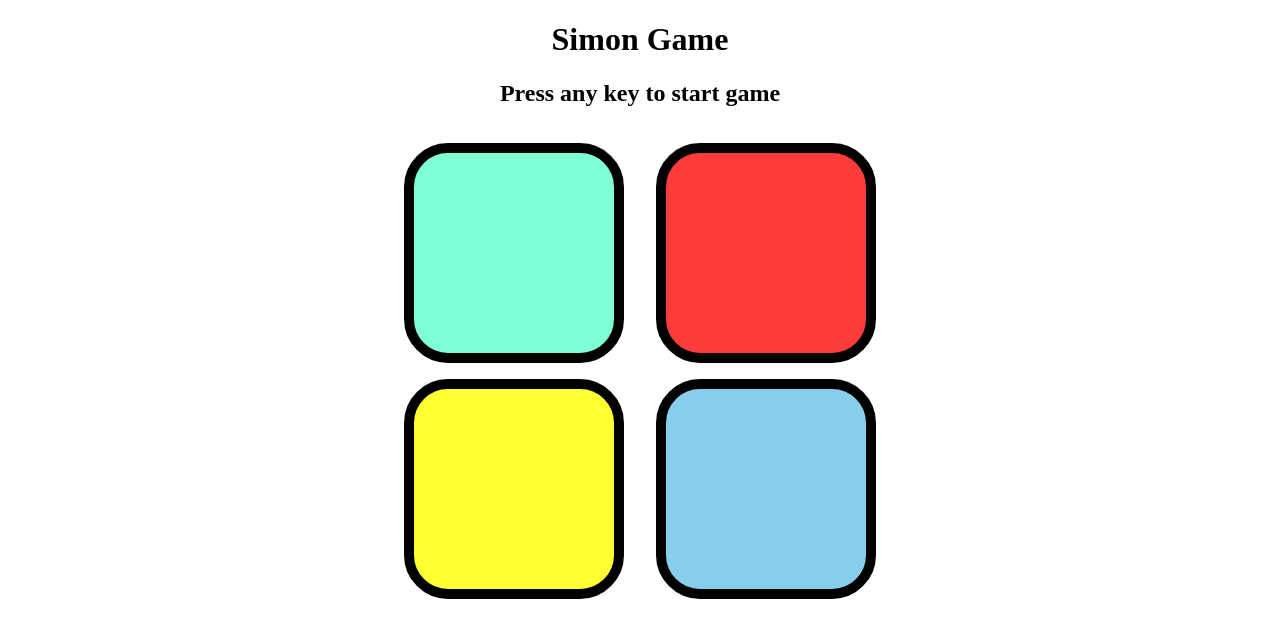
Repository: Ruchii02/javascript-mini-project
Page: index.html
An editor plug-in stored every save of this project. The page is shown before and after the next save, followed by the edit.
The browser window is 1280 px wide. The pictures show the whole page.

Above is the page before, as saved 2024-07-02 09:40:05.

### index.html
<!DOCTYPE html>
<html lang="en">
<head>
    <meta charset="UTF-8">
    <meta name="viewport" content="width=device-width, initial-scale=1.0">
    <title>Document</title>
    <link rel="stylesheet" href="style.css">
</head>
<body>
   <h1>Simon Game</h1>
   <h2>Press any key to start game</h2>
   <div class="btn-container">
    <div class="fline">
        <div class="btn green" type="button"></div>
        <div class="btn yellow" type="button"></div>
    </div>
    <div class="sline">
        <div class="btn red" type="button"></div>
        <div class="btn blue" type="button"></div>
    </div>
   </div>
   <script src="app.js"></script>
</body>
</html>

### style.css
body{
    text-align: center;
}
.btn{
    height: 200px;
    width: 200px;
    border-radius: 20%;
    border: 10px solid black;
    margin: 1rem;

}
.btn-container{
    display: flex;
    justify-content: center;

}
.yellow{
    background-color: rgba(255, 255, 0, 0.806);
}
.red{
    background-color:rgba(255, 0, 0, 0.763);
}
.green{
    background-color: aquamarine;
}
.blue{
    background-color: skyblue;
}

### app.js
let gameSeq=[];
let userSeq=[];
 let start = false;
 let level=0;
let btns =["yellow","green","red" , "blue"];
let h2= document.querySelector("h2");

 document.addEventListener("keypress" , function(){
   if(start==false){
    console.log("game started");
    start = true;

     levelup();
   }
 });

 function btnFlash(btn){
    btn.classList.add("flash");
    //let f = document.querySelector(".flash");
    //f.background-color(white);
    setTimeout(function() {
      btn.classList.remove("flash")

    } , 1000);
 }

 function levelup(){
    level++;
    h2.innerText=`Level ${level}`;
     let ranInd = Math.floor(Math.random()*3);
     let ranCol= btns[ranInd];
     let ranBtn = document.querySelector(`.${ranCol}`);
     btnFlash(ranBtn);
    }

After the next save:
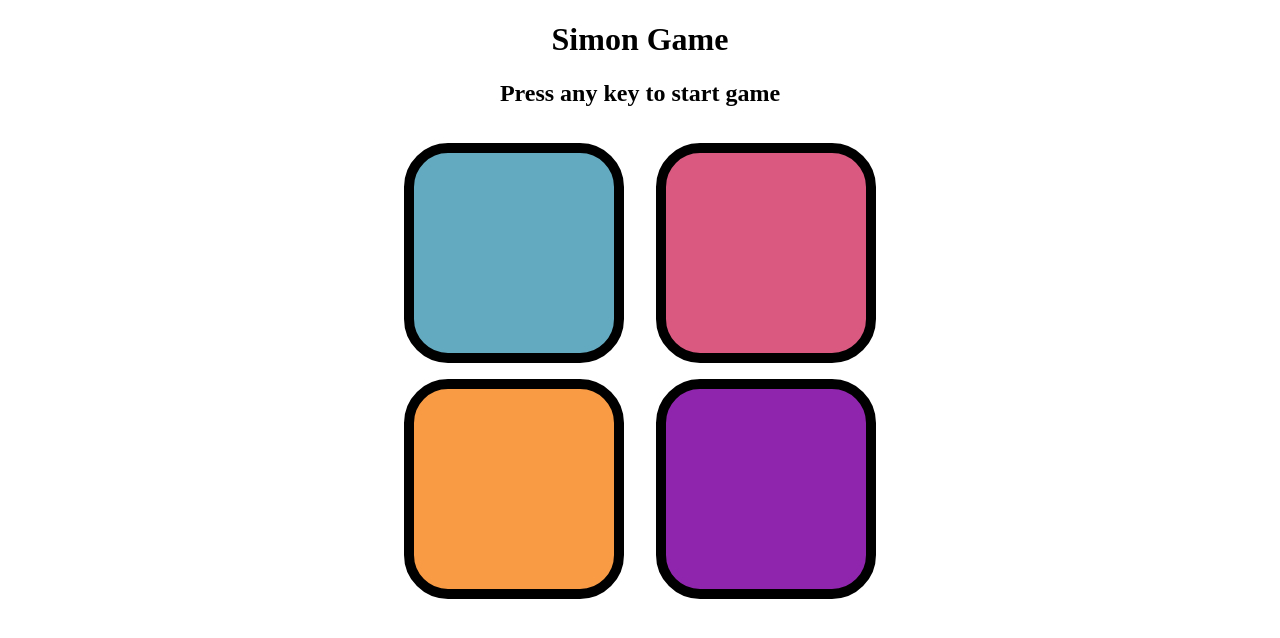
Saved 33 min 25 s later.
--- a/style.css
+++ b/style.css
@@ -15,14 +15,14 @@ body{
 
 }
 .yellow{
-    background-color: rgba(255, 255, 0, 0.806);
+    background-color:#f99b45;
 }
 .red{
-    background-color:rgba(255, 0, 0, 0.763);
+    background-color:#d95980;
 }
 .green{
-    background-color: aquamarine;
+    background-color:#63aac0;
 }
 .blue{
-    background-color: skyblue;
+    background-color:#9025ad;
 }
